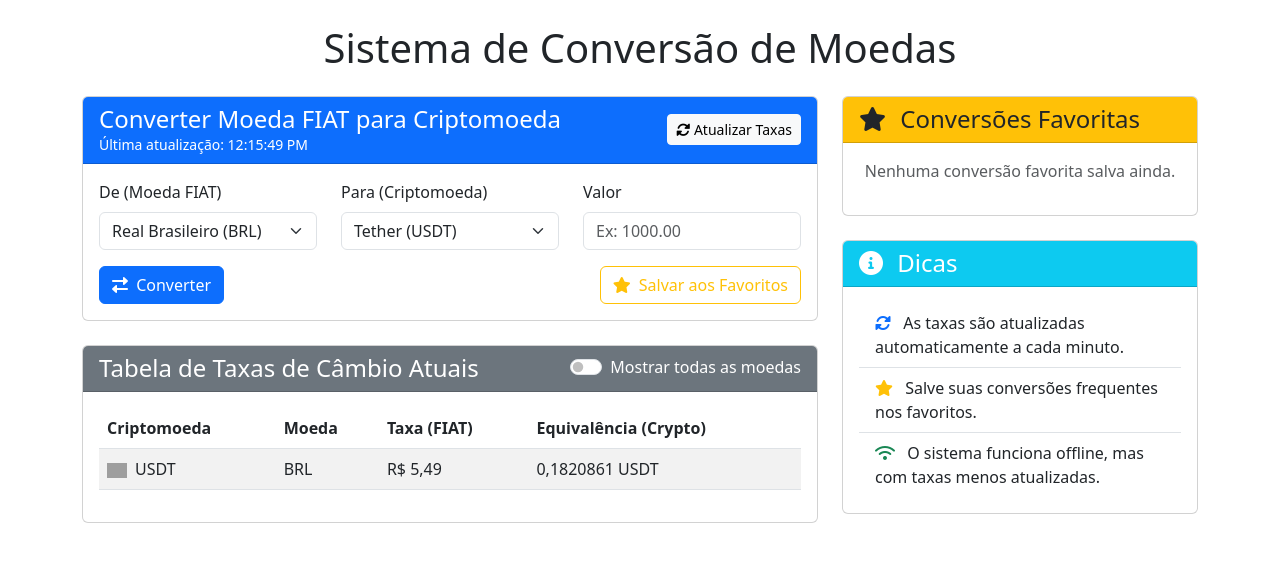
Repository: victorvilanova/crypto-convert-system
Page: index.html
These files come from the project's save history. The page is drawn as it stood at one moment and after the next save; the edit follows.
The browser window is 1280 px wide. The pictures show the whole page.
Pictures or frames that could not be fetched are drawn as grey boxes.

Above is the page before, as saved 2025-04-10 22:27:27.

### index.html
<!DOCTYPE html>
<html lang="pt-br">
  <head>
    <meta charset="UTF-8" />
    <meta name="viewport" content="width=device-width, initial-scale=1.0" />
    <title>Sistema de Conversão FIAT para Criptomoedas</title>
    <link
      href="https://cdn.jsdelivr.net/npm/bootstrap@5.3.0/dist/css/bootstrap.min.css"
      rel="stylesheet"
    />
    <link
      rel="stylesheet"
      href="https://cdnjs.cloudflare.com/ajax/libs/font-awesome/6.0.0-beta3/css/all.min.css"
    />
    <link rel="stylesheet" href="assets/css/style.css" />
  </head>
  <body>
    <div
      id="offlineAlert"
      class="alert alert-warning sticky-top"
      style="display: none"
    >
      <strong>Você está offline!</strong> Os dados de taxas podem estar
      desatualizados.
    </div>

    <div class="container mt-4">
      <div class="row">
        <div class="col-md-12">
          <h1 class="text-center mb-4">Sistema de Conversão de Moedas</h1>

          <!-- Área de mensagens temporárias -->
          <div id="message" class="mb-3" style="display: none"></div>

          <div class="row">
            <!-- Coluna principal -->
            <div class="col-lg-8">
              <!-- Conversor -->
              <div class="card mb-4">
                <div
                  class="card-header bg-primary text-white d-flex justify-content-between align-items-center"
                >
                  <div>
                    <h2 class="h4 mb-0">
                      Converter Moeda FIAT para Criptomoeda
                    </h2>
                    <div class="small">
                      Última atualização: <span id="lastUpdate">--:--:--</span>
                    </div>
                  </div>
                  <button id="forceUpdateBtn" class="btn btn-sm btn-light">
                    <i class="fas fa-sync-alt"></i> Atualizar Taxas
                  </button>
                </div>
                <div class="card-body">
                  <form id="converterForm">
                    <div class="row mb-3">
                      <div class="col-md-4">
                        <label for="fromCurrency" class="form-label"
                          >De (Moeda FIAT)</label
                        >
                        <select id="fromCurrency" class="form-select" required>
                          <!-- Opções serão preenchidas pelo JavaScript -->
                        </select>
                      </div>
                      <div class="col-md-4">
                        <label for="toCrypto" class="form-label"
                          >Para (Criptomoeda)</label
                        >
                        <select id="toCrypto" class="form-select" required>
                          <!-- Opções serão preenchidas pelo JavaScript -->
                        </select>
                      </div>
                      <div class="col-md-4">
                        <label for="amount" class="form-label">Valor</label>
                        <input
                          type="number"
                          id="amount"
                          class="form-control"
                          step="0.01"
                          min="0.01"
                          required
                          placeholder="Ex: 1000.00"
                        />
                      </div>
                    </div>
                    <div class="d-flex justify-content-between">
                      <button
                        type="button"
                        id="convertBtn"
                        class="btn btn-primary"
                      >
                        <i class="fas fa-exchange-alt me-1"></i> Converter
                      </button>
                      <button
                        type="button"
                        id="addFavoriteBtn"
                        class="btn btn-outline-warning"
                      >
                        <i class="fas fa-star me-1"></i> Salvar aos Favoritos
                      </button>
                    </div>
                  </form>

                  <div
                    id="loading"
                    class="text-center my-3"
                    style="display: none"
                  >
                    <div class="spinner-border text-primary" role="status">
                      <span class="visually-hidden">Carregando...</span>
                    </div>
                    <p class="mt-2">Processando, aguarde...</p>
                  </div>

                  <div id="result" class="mt-3" style="display: none">
                    <!-- Resultado será exibido aqui pelo JavaScript -->
                  </div>

                  <div id="error" class="mt-3" style="display: none">
                    <!-- Erros serão exibidos aqui pelo JavaScript -->
                  </div>
                </div>
              </div>

              <!-- Tabela de Taxas de Câmbio -->
              <div class="card">
                <div
                  class="card-header bg-secondary text-white d-flex justify-content-between align-items-center"
                >
                  <h2 class="h4 mb-0">Tabela de Taxas de Câmbio Atuais</h2>
                  <div class="form-check form-switch text-white">
                    <input
                      class="form-check-input"
                      type="checkbox"
                      id="showAllCurrencies"
                    />
                    <label class="form-check-label" for="showAllCurrencies"
                      >Mostrar todas as moedas</label
                    >
                  </div>
                </div>
                <div class="card-body">
                  <div class="table-responsive">
                    <table class="table table-striped table-hover">
                      <thead>
                        <tr>
                          <th>Criptomoeda</th>
                          <th>Moeda</th>
                          <th>Taxa (FIAT)</th>
                          <th>Equivalência (Crypto)</th>
                        </tr>
                      </thead>
                      <tbody id="ratesTableBody">
                        <!-- Taxas serão preenchidas pelo JavaScript -->
                      </tbody>
                    </table>
                  </div>
                </div>
              </div>
            </div>

            <!-- Coluna lateral -->
            <div class="col-lg-4">
              <!-- Favoritos -->
              <div class="card mb-4">
                <div class="card-header bg-warning text-dark">
                  <h2 class="h4 mb-0">
                    <i class="fas fa-star me-2"></i> Conversões Favoritas
                  </h2>
                </div>
                <div class="card-body">
                  <div id="favoritesContainer">
                    <!-- Favoritos serão preenchidos pelo JavaScript -->
                  </div>
                </div>
              </div>

              <!-- Dicas -->
              <div class="card">
                <div class="card-header bg-info text-white">
                  <h2 class="h4 mb-0">
                    <i class="fas fa-info-circle me-2"></i> Dicas
                  </h2>
                </div>
                <div class="card-body">
                  <ul class="list-group list-group-flush">
                    <li class="list-group-item">
                      <i class="fas fa-sync-alt text-primary me-2"></i>
                      As taxas são atualizadas automaticamente a cada minuto.
                    </li>
                    <li class="list-group-item">
                      <i class="fas fa-star text-warning me-2"></i>
                      Salve suas conversões frequentes nos favoritos.
                    </li>
                    <li class="list-group-item">
                      <i class="fas fa-wifi text-success me-2"></i>
                      O sistema funciona offline, mas com taxas menos
                      atualizadas.
                    </li>
                  </ul>
                </div>
              </div>
            </div>
          </div>
        </div>
      </div>
    </div>

    <!-- Importando o ponto de entrada da aplicação como um módulo ES6 -->
    <script type="module" src="assets/js/app.js"></script>
  </body>
</html>

### assets/js/services/ratesService.js
/**
 * ratesService.js
 * Serviço responsável por gerenciar as taxas de câmbio
 */

// Simulated rates - in a real application these would come from an API
let cryptoRates = {
    USD: {
        BTC: 35000,   // 1 BTC = $35,000 USD
        ETH: 2000,    // 1 ETH = $2,000 USD
        USDT: 1,      // 1 USDT = $1 USD (stablecoin pegged to USD)
        ADA: 0.45,    // 1 ADA = $0.45 USD
        SOL: 50,      // 1 SOL = $50 USD
        DOT: 6        // 1 DOT = $6 USD
    }
};

// Exchange rates for other currencies relative to USD
const fiatExchangeRates = {
    EUR: 0.92,        // 1 USD = 0.92 EUR
    BRL: 5.50,        // 1 USD = 5.50 BRL
    GBP: 0.79,        // 1 USD = 0.79 GBP
    JPY: 150          // 1 USD = 150 JPY
};

/**
 * Calcula as taxas para todas as moedas com base nas taxas em USD
 */
function calculateAllRates() {
    // Start with USD rates
    const usdRates = cryptoRates.USD;

    // For each fiat currency, calculate crypto rates based on USD
    Object.keys(fiatExchangeRates).forEach(fiatCurrency => {
        const fiatToUsdRate = fiatExchangeRates[fiatCurrency];
        cryptoRates[fiatCurrency] = {};

        // For each crypto, calculate its rate in this fiat currency
        Object.keys(usdRates).forEach(crypto => {
            const cryptoToUsdRate = usdRates[crypto];
            // Rate in fiat = Rate in USD * USD to Fiat rate
            cryptoRates[fiatCurrency][crypto] = cryptoToUsdRate * fiatToUsdRate;
        });
    });
}

/**
 * Atualiza as taxas de criptomoedas (simuladas ou de API)
 * @returns {Promise} Uma promise que resolve quando as taxas são atualizadas
 */
async function updateRates() {
    // Simulated API call
    return new Promise((resolve) => {
        setTimeout(() => {
            // Add some random variation to USD rates to simulate market changes (±5%)
            Object.keys(cryptoRates.USD).forEach(crypto => {
                const currentRate = cryptoRates.USD[crypto];
                const variation = (Math.random() * 0.1) - 0.05; // -5% to +5%
                cryptoRates.USD[crypto] = currentRate * (1 + variation);
            });

            // Recalculate rates for all currencies
            calculateAllRates();
            resolve(cryptoRates);
        }, 1000); // Simulate 1 second delay
    });
}

/**
 * Obtém as taxas atuais
 * @returns {Object} Objeto com as taxas de câmbio
 */
function getRates() {
    return cryptoRates;
}

/**
 * Converte uma quantidade de moeda FIAT para criptomoeda
 * @param {string} fromCurrency - Moeda FIAT de origem
 * @param {string} toCrypto - Criptomoeda de destino
 * @param {number} amount - Quantidade a converter
 * @returns {number} Resultado da conversão em criptomoeda
 */
function convertCurrency(fromCurrency, toCrypto, amount) {
    // Verificar se temos taxas para esta conversão
    if (!cryptoRates[fromCurrency] || !cryptoRates[fromCurrency][toCrypto]) {
        throw new Error(`Taxas não disponíveis para conversão de ${fromCurrency} para ${toCrypto}`);
    }

    // Taxa: quanto custa 1 unidade de criptomoeda em moeda FIAT
    const rate = cryptoRates[fromCurrency][toCrypto];

    // Resultado: quantidade em cripto = quantidade em FIAT / preço da cripto
    return amount / rate;
}

// Initialize rates when module is loaded
calculateAllRates();

// Export functions
export {
    updateRates,
    getRates,
    convertCurrency
};

### assets/js/storage/favoritesManager.js
/**
 * favoritesManager.js
 * Gerencia o armazenamento e exibição de conversões favoritas
 */
import { convertCurrency } from '../services/ratesService.js';

// DOM Element
const favoritesContainer = document.getElementById('favoritesContainer');

// Local Storage key
const FAVORITES_STORAGE_KEY = 'crypto_favorites';

/**
 * Salva uma conversão favorita
 * @param {string} fromCurrency - Moeda FIAT de origem
 * @param {string} toCrypto - Criptomoeda de destino
 * @param {number} amount - Quantidade a converter
 */
function saveFavorite(fromCurrency, toCrypto, amount) {
    const favorites = loadFavorites();

    // Create favorite object
    const favorite = {
        id: Date.now(), // Use timestamp as unique ID
        fromCurrency,
        toCrypto,
        amount,
        createdAt: new Date().toISOString()
    };

    // Add to favorites array
    favorites.push(favorite);

    // Save to localStorage
    localStorage.setItem(FAVORITES_STORAGE_KEY, JSON.stringify(favorites));

    return favorite;
}

/**
 * Carrega as conversões favoritas do localStorage
 * @returns {Array} Array com as conversões favoritas
 */
function loadFavorites() {
    const favoritesJson = localStorage.getItem(FAVORITES_STORAGE_KEY);
    return favoritesJson ? JSON.parse(favoritesJson) : [];
}

/**
 * Remove uma conversão favorita
 * @param {number} id - ID da conversão favorita a remover
 */
function removeFavorite(id) {
    const favorites = loadFavorites();
    const updatedFavorites = favorites.filter(fav => fav.id !== id);
    localStorage.setItem(FAVORITES_STORAGE_KEY, JSON.stringify(updatedFavorites));
    renderFavorites();
}

/**
 * Renderiza as conversões favoritas na UI
 */
function renderFavorites() {
    const favorites = loadFavorites();

    if (favorites.length === 0) {
        favoritesContainer.innerHTML = '<p class="text-muted text-center">Nenhuma conversão favorita salva ainda.</p>';
        return;
    }

    favoritesContainer.innerHTML = '';
    const favsList = document.createElement('div');
    favsList.className = 'list-group';

    favorites.forEach(favorite => {
        try {
            // Try to calculate current value based on latest rates
            const currentResult = convertCurrency(
                favorite.fromCurrency,
                favorite.toCrypto,
                favorite.amount
            );

            const listItem = document.createElement('div');
            listItem.className = 'list-group-item list-group-item-action';

            const formattedAmount = favorite.amount.toLocaleString('pt-BR', {
                style: 'currency',
                currency: favorite.fromCurrency
            });

            const formattedResult = currentResult.toLocaleString('pt-BR', {
                maximumFractionDigits: 8
            });

            listItem.innerHTML = `
                <div class="d-flex w-100 justify-content-between">
                    <h6 class="mb-1">${formattedAmount} → ${favorite.toCrypto}</h6>
                    <button class="btn btn-sm btn-outline-danger delete-favorite"
                            data-id="${favorite.id}">
                        <i class="fas fa-trash"></i>
                    </button>
                </div>
                <p class="mb-1">${formattedResult} ${favorite.toCrypto}</p>
                <small class="text-muted">
                    Adicionado em ${new Date(favorite.createdAt).toLocaleDateString('pt-BR')}
                </small>
            `;

            favsList.appendChild(listItem);
        } catch (error) {
            console.error('Error rendering favorite:', error);
        }
    });

    favoritesContainer.appendChild(favsList);

    // Add event listeners for delete buttons
    document.querySelectorAll('.delete-favorite').forEach(button => {
        button.addEventListener('click', (e) => {
            e.preventDefault();
            const id = parseInt(button.getAttribute('data-id'));
            removeFavorite(id);
        });
    });
}

export {
    saveFavorite,
    loadFavorites,
    removeFavorite,
    renderFavorites
};

### assets/js/utils/offlineManager.js
/**
 * offlineManager.js
 * Gerencia a detecção de conexão offline e seus efeitos na aplicação
 */

// DOM element
const offlineAlert = document.getElementById('offlineAlert');

/**
 * Configura a detecção de conexão offline/online
 */
function setupOfflineDetection() {
    // Check initial status
    updateOfflineStatus();

    // Add event listeners for online/offline events
    window.addEventListener('online', updateOfflineStatus);
    window.addEventListener('offline', updateOfflineStatus);
}

/**
 * Atualiza o status de conexão na interface
 */
function updateOfflineStatus() {
    if (navigator.onLine) {
        offlineAlert.style.display = 'none';
    } else {
        offlineAlert.style.display = 'block';
    }
}

export {
    setupOfflineDetection
};

### assets/js/services/taxesService.js
/**
 * taxesService.js
 * Serviço responsável por calcular impostos e taxas brasileiras para operações com criptomoedas
 */

/**
 * Calcula o IOF para operações com criptomoedas
 * @param {number} amount - Valor da operação em BRL
 * @returns {number} Valor do IOF
 */
function calculateIOF(amount) {
    // IOF para operações com moeda estrangeira é de 0.38% para a maioria das transações
    const iofRate = 0.0038;
    return amount * iofRate;
}

/**
 * Calcula o Imposto de Renda sobre o lucro em operações com criptomoedas
 * @param {number} amount - Valor da operação em BRL
 * @param {boolean} isProfit - Se é uma operação com lucro
 * @param {number} profitAmount - Valor do lucro (se aplicável)
 * @returns {number} Valor do IR ou 0 se isProfit for falso
 */
function calculateIR(amount, isProfit = false, profitAmount = 0) {
    // Se não for lucro, não há IR
    if (!isProfit) return 0;

    // IR sobre lucro em criptomoedas é isento até R$ 35.000,00 mensais
    // Acima disso, é de 15% sobre o lucro
    if (amount <= 35000) {
        return 0;
    }

    const irRate = 0.15;
    return profitAmount * irRate;
}

/**
 * Calcula a taxa de intermediação (6%)
 * @param {number} amount - Valor da operação em BRL
 * @returns {number} Valor da taxa de intermediação
 */
function calculateExchangeFee(amount) {
    // Taxa de 6%
    const feeRate = 0.06;
    return amount * feeRate;
}

/**
 * Calcula a taxa de rede (simulada)
 * @param {string} crypto - Criptomoeda da operação
 * @param {string} network - Rede da criptomoeda (ex: TRON, ETH)
 * @param {string} fromCurrency - Moeda de origem
 * @param {number} cryptoRate - Taxa da criptomoeda na moeda de origem
 * @returns {number} Valor da taxa de rede em BRL
 */
function calculateNetworkFee(crypto, network, fromCurrency, cryptoRate) {
    // Taxas fixas por rede
    const networkFees = {
        'TRON': 1,      // 1 USDT
        'ETH': 5,       // 5 USDT (rede mais cara)
        'BSC': 0.5,     // 0.5 USDT
        'POLYGON': 0.1  // 0.1 USDT
    };

    // Taxa padrão (se a rede não for especificada)
    const defaultFee = 1; // 1 USDT

    // Obter a taxa para a rede especificada ou usar a padrão
    const usdtFee = networkFees[network] || defaultFee;

    // Converter para a moeda de origem
    return fromCurrency === 'USD' ? usdtFee : usdtFee * cryptoRate;
}

/**
 * Calcula todas as taxas e impostos para uma operação
 * @param {string} fromCurrency - Moeda de origem
 * @param {string} toCrypto - Criptomoeda de destino
 * @param {number} amount - Valor em moeda de origem
 * @param {number} convertedAmount - Valor convertido em criptomoeda
 * @param {number} cryptoRate - Taxa da criptomoeda na moeda de origem
 * @returns {Object} Objeto com todas as taxas e impostos calculados
 */
function calculateAllFeesAndTaxes(fromCurrency, toCrypto, amount, convertedAmount, cryptoRate) {
    // Se não for BRL, retorna objeto vazio (só calculamos impostos brasileiros)
    if (fromCurrency !== 'BRL') {
        return {
            iof: 0,
            ir: 0,
            exchangeFee: 0,
            networkFee: 0,
            total: 0,
            totalInBRL: 0,
            finalAmount: convertedAmount
        };
    }

    // Determinar a rede padrão para a criptomoeda
    const network = toCrypto === 'USDT' ? 'TRON' : toCrypto;

    // Calcula IOF
    const iof = calculateIOF(amount);

    // Calcula taxa de intermediação
    const exchangeFee = calculateExchangeFee(amount);

    // Calcula taxa de rede (passando a rede correta)
    const networkFee = calculateNetworkFee(toCrypto, network, fromCurrency, cryptoRate);

    // Total em BRL
    const totalInBRL = iof + exchangeFee + networkFee;

    // Calcula a redução proporcional na quantidade de cripto
    // (quanto o usuário vai receber a menos por causa das taxas)
    const proportionalReduction = totalInBRL / amount;
    const finalAmount = convertedAmount * (1 - proportionalReduction);

    return {
        iof,
        ir: 0, // IR só é aplicado em vendas com lucro
        exchangeFee,
        networkFee,
        total: totalInBRL,
        totalInBRL,
        finalAmount,
        network // Incluir a rede usada para referência
    };
}

export {
    calculateIOF,
    calculateIR,
    calculateExchangeFee,
    calculateNetworkFee,
    calculateAllFeesAndTaxes
};

Loaded but not shown: assets/js/ui/uiController.js (624 lines, source omitted); assets/js/app.js (204 lines, source omitted); assets/js/services/walletService.js (194 lines, source omitted); assets/js/services/kycService.js (187 lines, source omitted); assets/css/style.css (no stored copy; drawn as an empty file)

After the next save:
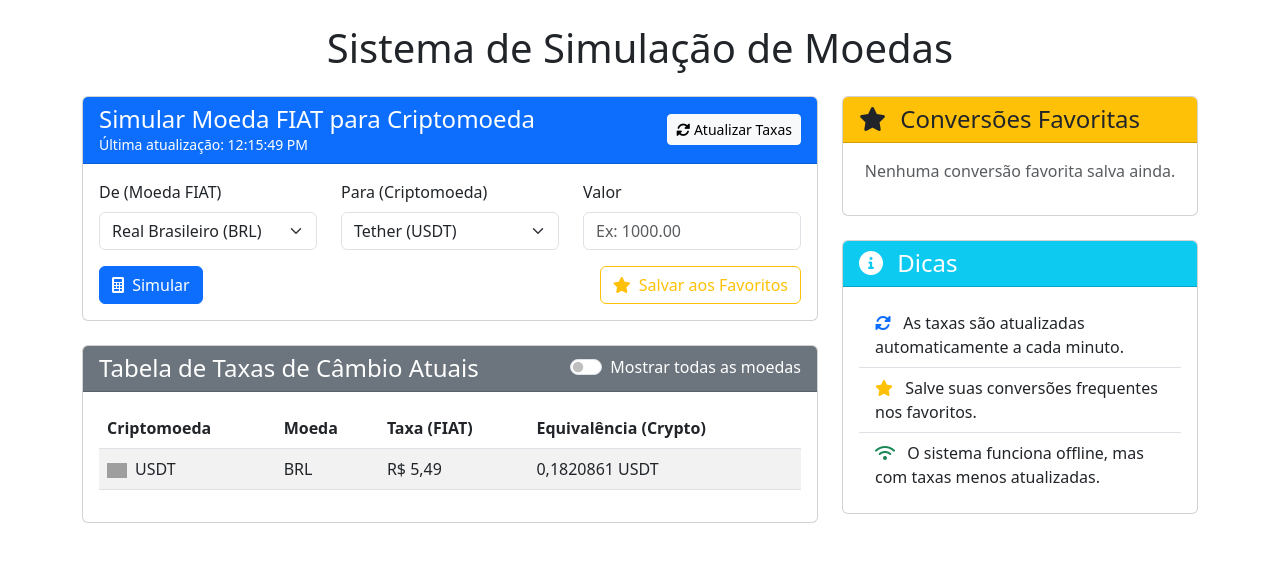
Saved 12 min 6 s later.
--- a/index.html
+++ b/index.html
@@ -27,7 +27,7 @@
     <div class="container mt-4">
       <div class="row">
         <div class="col-md-12">
-          <h1 class="text-center mb-4">Sistema de Conversão de Moedas</h1>
+          <h1 class="text-center mb-4">Sistema de Simulação de Moedas</h1>
 
           <!-- Área de mensagens temporárias -->
           <div id="message" class="mb-3" style="display: none"></div>
@@ -42,7 +42,7 @@
                 >
                   <div>
                     <h2 class="h4 mb-0">
-                      Converter Moeda FIAT para Criptomoeda
+                      Simular Moeda FIAT para Criptomoeda
                     </h2>
                     <div class="small">
                       Última atualização: <span id="lastUpdate">--:--:--</span>
@@ -90,7 +90,7 @@
                         id="convertBtn"
                         class="btn btn-primary"
                       >
-                        <i class="fas fa-exchange-alt me-1"></i> Converter
+                        <i class="fas fa-calculator me-1"></i> Simular
                       </button>
                       <button
                         type="button"
